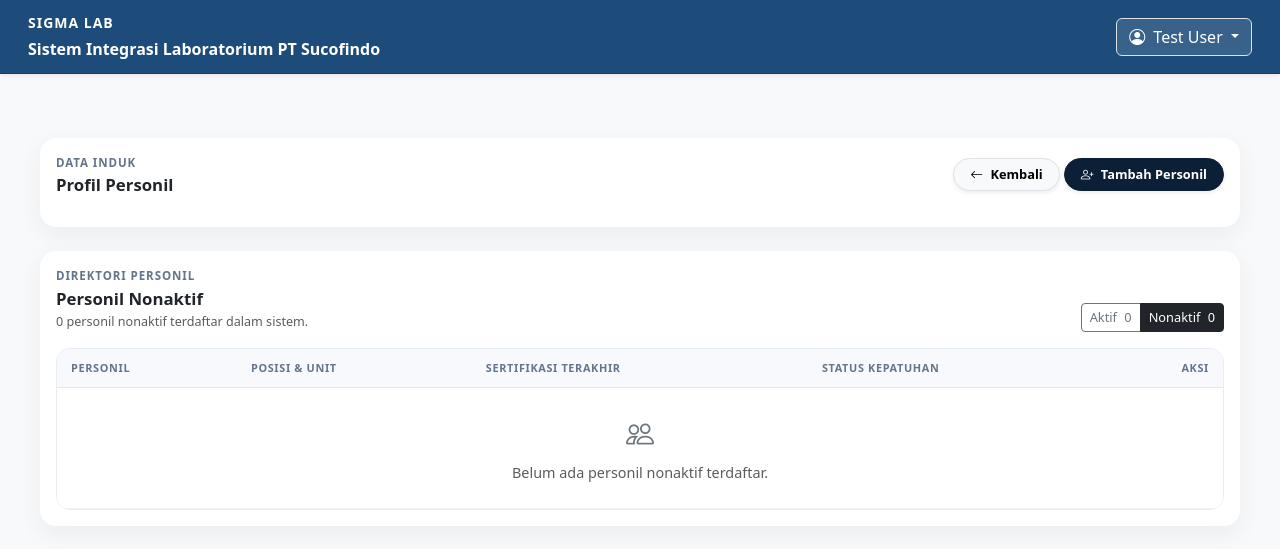
Repository: amelianeesa/sigmalab
Page: http://localhost/sdm?status=nonaktif
These files come from the project's save history. The page is drawn as it stood at one moment and after the next save; the edit follows.
The browser window is 1280 px wide. The pictures show the whole page.
The page is served by the project's Laravel application, run on PHP 8.4 with Laravel 12. A made-up administrator, Test User (test@example.com), is signed in. Other server files are loaded and not shown. Queries for data that is not in the repository find no rows.

Above is the page before, as saved 2026-08-06 13:27:16.

### routes/web.php
<?php

use Illuminate\Support\Facades\Route;
use App\Http\Controllers\AuthController;
use App\Http\Controllers\SdmController;

Route::get('/', [AuthController::class, 'showLogin']);
Route::get('/login', [AuthController::class, 'showLogin'])->name('login');
Route::post('/login', [AuthController::class, 'processLogin'])->name('login.process');

Route::get('/register', [AuthController::class, 'showRegister'])->name('register');
Route::post('/register', [AuthController::class, 'processRegister'])->name('register.process');

Route::post('/logout', [AuthController::class, 'logout'])->name('logout');

Route::middleware(['auth'])->group(function () {

    Route::get('/dashboard', function () {
        return view('dashboard-index');
    })->name('dashboard');

    Route::get('/sdm', [SdmController::class, 'index'])->name('sdm.index');
    Route::get('/sdm/create', [SdmController::class, 'create'])->name('sdm.create');
    Route::post('/sdm', [SdmController::class, 'store'])->name('sdm.store');
    Route::get('/sdm/{id}/edit', [SdmController::class, 'edit'])->name('sdm.edit');
    Route::put('/sdm/{id}', [SdmController::class, 'update'])->name('sdm.update');
    Route::delete('/sdm/{id}', [SdmController::class, 'destroy'])->name('sdm.destroy');
    Route::patch('/sdm/{id}/aktifkan', [SdmController::class, 'activate'])->name('sdm.activate');
    Route::delete('/sdm/{id}/permanen', [SdmController::class, 'forceDestroy'])->name('sdm.force-destroy');

    Route::get('/sdm/{id}/kompetensi', [SdmController::class, 'kompetensiDetail'])->name('sdm.kompetensi.detail');
    Route::post('/sdm/{id}/kompetensi', [SdmController::class, 'storeKompetensi'])->name('sdm.kompetensi.store');
    Route::put('/sdm/{id}/kompetensi/{kompetensiId}', [SdmController::class, 'updateKompetensi'])->name('sdm.kompetensi.update');
    Route::delete('/sdm/{id}/kompetensi/{kompetensiId}', [SdmController::class, 'destroyKompetensi'])->name('sdm.kompetensi.destroy');
    Route::get('/sdm/{id}/cv', [SdmController::class, 'showCv'])->name('sdm.cv');
});

### app/Models/User.php
<?php

namespace App\Models;

use Illuminate\Database\Eloquent\Factories\HasFactory;
use Illuminate\Foundation\Auth\User as Authenticatable;
use Illuminate\Notifications\Notifiable;

class User extends Authenticatable
{
    use HasFactory, Notifiable;

    protected $table = 'users';
    protected $primaryKey = 'users_id';

    protected $fillable = [
        'personil_id',
        'username',
        'email',
        'password',
        'role_id',
        'status_aktif',
    ];

    protected $hidden = [
        'password',
    ];

    public function personil()
    {
        return $this->belongsTo(Personil::class, 'personil_id', 'personil_id');
    }

    public function role()
    {
        return $this->belongsTo(Role::class, 'role_id', 'roles_id');
    }
}

### app/Http/Controllers/SdmController.php
<?php
namespace App\Http\Controllers;

use Illuminate\Http\Request;
use App\Models\Personil; // Sesuaikan dengan model Anda
use App\Models\KompetensiPersonil;
use Carbon\Carbon;
use Illuminate\Support\Facades\DB;
use Illuminate\Support\Facades\Storage;

class SdmController extends Controller
{
    public function index()
    {
        $showInactive = request('status') === 'nonaktif';
        $personil = Personil::with(['kompetensi' => fn ($query) => $query->orderByDesc('tanggal_terbit')])
            ->where('status_aktif', ! $showInactive)
            ->get();

        $jumlahPersonilAktif = Personil::where('status_aktif', true)->count();
        $jumlahPersonilNonaktif = Personil::where('status_aktif', false)->count();

        $personil->each(function (Personil $item) {
            $sertifikasi = $item->kompetensi->first();
            $item->sertifikasiTerakhir = $sertifikasi;

            if (! $sertifikasi) {
                $item->statusSertifikasi = ['label' => 'Belum bersertifikat', 'class' => 'status-empty', 'icon' => 'dash-circle'];
            } elseif (! $sertifikasi->tanggal_berakhir) {
                $item->statusSertifikasi = ['label' => 'Aktif', 'class' => 'status-active', 'icon' => 'check-circle'];
            } elseif ($sertifikasi->tanggal_berakhir->isPast()) {
                $item->statusSertifikasi = ['label' => 'Kedaluwarsa', 'class' => 'status-expired', 'icon' => 'x-circle'];
            } elseif ($sertifikasi->tanggal_berakhir->lessThanOrEqualTo(today()->addDays(60))) {
                $item->statusSertifikasi = ['label' => 'Segera berakhir', 'class' => 'status-warning', 'icon' => 'exclamation-circle'];
            } else {
                $item->statusSertifikasi = ['label' => 'Aktif', 'class' => 'status-active', 'icon' => 'check-circle'];
            }
        });
        $selectedPersonil = $personil->firstWhere('personil_id', request('personil_id'));

        return view('sdm.index', compact(
            'personil',
            'selectedPersonil',
            'showInactive',
            'jumlahPersonilAktif',
            'jumlahPersonilNonaktif'
        ));
    }

    public function create()
    {
        return view('sdm.create');
    }

    public function store(Request $request)
    {
        $request->validate([
            'no_induk' => 'required|unique:personil,no_induk',
            'nama' => 'required|string|max:100',
            'jabatan' => 'required|string|max:100',
            'unit_kerja' => 'required|string|max:100',
            'file_cv' => 'nullable|mimes:pdf,jpg,jpeg,png|max:2048',
            'nama_sertifikasi' => 'nullable|string|max:100',
            'no_sertifikasi' => 'nullable|string|max:100',
            'tanggal_terbit' => 'nullable|date',
            'tanggal_berakhir' => 'nullable|date|after_or_equal:tanggal_terbit',
        ]);

        $cvName = null;
        if ($request->hasFile('file_cv')) {
            $cvName = time() . '_' . $request->file_cv->getClientOriginalName();
            Storage::disk('local')->putFileAs('public/uploads/cv', $request->file('file_cv'), $cvName);
        }

        DB::transaction(function () use ($request, $cvName) {
            $personil = Personil::create([
                'no_induk' => $request->no_induk,
                'nama' => $request->nama,
                'jabatan' => $request->jabatan,
                'unit_kerja' => $request->unit_kerja,
                'file_cv' => $cvName,
                'status_aktif' => true,
            ]);

            if ($request->filled('nama_sertifikasi')) {
                $tanggalTerbit = Carbon::parse($request->input('tanggal_terbit') ?: today()->toDateString());

                KompetensiPersonil::create([
                    'personil_id' => $personil->personil_id,
                    'jenis_sertifikasi' => $request->nama_sertifikasi,
                    'no_sertifikasi' => $request->no_sertifikasi,
                    'tanggal_terbit' => $tanggalTerbit->toDateString(),
                    'tanggal_berakhir' => $request->tanggal_berakhir,
                ]);
            }
        });

        return redirect()->route('sdm.index')->with('success', 'Data personil berhasil ditambahkan.');
    }

    public function edit($id)
    {
        $personil = Personil::with(['kompetensi' => fn ($query) => $query->orderByDesc('tanggal_terbit')])->findOrFail($id);
        $sertifikasi = $personil->kompetensi->first();

        return view('sdm.edit', compact('personil', 'sertifikasi'));
    }

    public function update(Request $request, $id)
    {
        $personil = Personil::findOrFail($id);

        $request->validate([
            'no_induk' => 'required|unique:personil,no_induk,' . $id . ',personil_id',
            'nama' => 'required|string|max:100',
            'jabatan' => 'required|string|max:100',
            'unit_kerja' => 'required|string|max:100',
            'file_cv' => 'nullable|mimes:pdf,jpg,jpeg,png|max:2048',
            'nama_sertifikasi' => 'nullable|string|max:100',
            'no_sertifikasi' => 'nullable|string|max:100',
            'tanggal_terbit' => 'nullable|date',
            'tanggal_berakhir' => 'nullable|date|after_or_equal:tanggal_terbit',
        ]);

        if ($request->hasFile('file_cv')) {
            if ($personil->file_cv && Storage::disk('local')->exists('public/uploads/cv/' . $personil->file_cv)) {
                Storage::disk('local')->delete('public/uploads/cv/' . $personil->file_cv);
            }
            $cvName = time() . '_' . $request->file_cv->getClientOriginalName();
            Storage::disk('local')->putFileAs('public/uploads/cv', $request->file('file_cv'), $cvName);
            $personil->file_cv = $cvName;
        }

        DB::transaction(function () use ($personil, $request) {
            $personil->update([
                'no_induk' => $request->no_induk,
                'nama' => $request->nama,
                'jabatan' => $request->jabatan,
                'unit_kerja' => $request->unit_kerja,
            ]);

            if ($request->filled('nama_sertifikasi')) {
                $dataSertifikasi = [
                    'jenis_sertifikasi' => $request->nama_sertifikasi,
                    'no_sertifikasi' => $request->no_sertifikasi,
                    'tanggal_terbit' => $request->tanggal_terbit,
                    'tanggal_berakhir' => $request->tanggal_berakhir,
                ];

                $sertifikasi = $personil->kompetensi()->orderByDesc('tanggal_terbit')->first();
                $sertifikasi
                    ? $sertifikasi->update($dataSertifikasi)
                    : $personil->kompetensi()->create($dataSertifikasi);
            }
        });

        return redirect()->route('sdm.index')->with('success', 'Data personil berhasil diperbarui.');
    }

    public function destroy($id)
    {
        $personil = Personil::findOrFail($id);
        // Soft delete sesuai rancangan database
        $personil->update(['status_aktif' => false]);

        return redirect()->route('sdm.index')->with('success', 'Data personil dinonaktifkan (Soft Delete).');
    }

    public function activate($id)
    {
        $personil = Personil::findOrFail($id);
        $personil->update(['status_aktif' => true]);

        return redirect()->route('sdm.index')->with('success', 'Personil berhasil diaktifkan kembali.');
    }

    public function forceDestroy($id)
    {
        $personil = Personil::where('status_aktif', false)->findOrFail($id);

        if (DB::table('kegiatan_personil')->where('personil_id', $personil->personil_id)->exists()) {
            return redirect()->route('sdm.index', ['status' => 'nonaktif'])
                ->with('error', 'Personil tidak dapat dihapus permanen karena masih tercatat dalam kegiatan laboratorium.');
        }

        $fileCv = $personil->file_cv;
        $personil->delete();

        if ($fileCv && Storage::disk('local')->exists('public/uploads/cv/' . $fileCv)) {
            Storage::disk('local')->delete('public/uploads/cv/' . $fileCv);
        }

        return redirect()->route('sdm.index', ['status' => 'nonaktif'])
            ->with('success', 'Data personil beserta CV dan sertifikasinya telah dihapus permanen.');
    }

    public function kompetensiDetail($id)
    {
        $personil = Personil::with(['kompetensi' => fn ($query) => $query->orderByDesc('tanggal_terbit')])->findOrFail($id);
        return view('sdm.kompetensi_detail', compact('personil'));
    }

    public function storeKompetensi(Request $request, $id)
    {
        $personil = Personil::findOrFail($id);
        $data = $request->validate([
            'jenis_sertifikasi' => 'required|string|max:100',
            'no_sertifikasi' => 'nullable|string|max:100',
            'tanggal_terbit' => 'nullable|date',
            'tanggal_berakhir' => 'nullable|date|after_or_equal:tanggal_terbit',
        ]);

        $personil->kompetensi()->create($data);

        return redirect()->route('sdm.kompetensi.detail', $personil->personil_id)
            ->with('success', 'Sertifikat berhasil ditambahkan.');
    }

    public function updateKompetensi(Request $request, $id, $kompetensiId)
    {
        $personil = Personil::findOrFail($id);
        $kompetensi = $personil->kompetensi()->findOrFail($kompetensiId);
        $data = $request->validate([
            'jenis_sertifikasi' => 'required|string|max:100',
            'no_sertifikasi' => 'nullable|string|max:100',
            'tanggal_terbit' => 'nullable|date',
            'tanggal_berakhir' => 'nullable|date|after_or_equal:tanggal_terbit',
        ]);

        $kompetensi->update($data);

        return redirect()->route('sdm.kompetensi.detail', $personil->personil_id)
            ->with('success', 'Sertifikat berhasil diperbarui.');
    }

    public function destroyKompetensi($id, $kompetensiId)
    {
        $personil = Personil::findOrFail($id);
        $personil->kompetensi()->findOrFail($kompetensiId)->delete();

        return redirect()->route('sdm.kompetensi.detail', $personil->personil_id)
            ->with('success', 'Sertifikat berhasil dihapus.');
    }

    public function showCv($id)
    {
    $personil = Personil::findOrFail($id);
        $path = 'public/uploads/cv/' . $personil->file_cv;

        abort_unless($personil->file_cv && Storage::disk('local')->exists($path), 404, 'File CV tidak ditemukan.');

        return Storage::disk('local')->response($path, $personil->file_cv, [
            'Content-Disposition' => 'inline; filename="' . $personil->file_cv . '"',
        ]);
    }
}

### app/Models/Personil.php
<?php

namespace App\Models;

use Illuminate\Database\Eloquent\Factories\HasFactory;
use Illuminate\Database\Eloquent\Model;
use App\Models\KompetensiPersonil;

class Personil extends Model
{
    use HasFactory;

    protected $table = 'personil';
    protected $primaryKey = 'personil_id';

    protected $fillable = [
        'nama',
        'jabatan',
        'unit_kerja',
        'no_induk',
        'file_cv',
        'status_aktif',
    ];

    public function kompetensi()
    {
        return $this->hasMany(KompetensiPersonil::class, 'personil_id', 'personil_id');
    }
}

### resources/views/layouts/app.blade.php
<!DOCTYPE html>
<html lang="id">

<head>
    <meta charset="UTF-8">
    <title>Dashboard - SIGMALAB Sucofindo</title>
    <link href="https://cdn.jsdelivr.net/npm/bootstrap@5.3.0/dist/css/bootstrap.min.css" rel="stylesheet">
    <link href="https://cdn.jsdelivr.net/npm/bootstrap-icons@1.10.5/font/bootstrap-icons.css" rel="stylesheet">
    <style>
        body {
            background-color: #f8f9fa;
        }

        :root{
            --sdm-50: #eef0f1;
            --sdm-500: #1d4c7a;
            --sdm-600: #1d4c7a;
            --sdm-700: #163d63;
        }

        #content {
            margin-left: 0;
            padding: 24px;
            padding-top: 48px;
        }

        .top-navbar {
            background: var(--sdm-600);
            padding: 12px 28px;
            border-bottom: 1px solid var(--sdm-700);
            margin-left: 0;
            display: flex;
            justify-content: space-between;
            align-items: center;
            position: sticky;
            top: 0;
            z-index: 1020;
            min-height: 64px;
            color: #fff;
        }
        .top-navbar .text-secondary { color: rgba(255,255,255,.75) !important; }
        .top-navbar .fw-bold { color: #fff !important; }
        .top-navbar .dropdown .btn {
            background: rgba(255,255,255,.12);
            color: #fff;
            border-color: rgba(255,255,255,.18);
        }

        /* Prevent long/unexpected text from breaking header layout */
        .top-navbar .dropdown button {
            max-width: 220px;
            overflow: hidden;
            text-overflow: ellipsis;
            white-space: nowrap;
        }

        /* Make cards in dashboard more consistent and avoid overflow */
        .card.h-100 .card-body { min-height: 120px; }
        .card .card-body p { word-break: break-word; }
        /* Module card utilities */
        .module-card { transition: transform .12s ease, box-shadow .12s ease, border-color .12s ease; }
        .module-card:hover { transform: translateY(-4px); box-shadow: 0 12px 30px rgba(15,35,59,.08); }
        .sdm-highlight { border-color: var(--sdm-600) !important; }

        /* SDM theme helpers */
        .sdm-text { color: var(--sdm-600) !important; }
        .sdm-btn { background: var(--sdm-600); border-color: var(--sdm-600); color: #fff; }
        .sdm-border { border-color: rgba(76,29,149,0.12); }
    </style>
</head>

<body>
    <!-- Sidebar removed: content now full-width -->

    <div class="top-navbar shadow-sm">
        <div>
            <span class="text-uppercase text-secondary fs-7 fw-bold d-block mb-1" style="font-size: 14px; letter-spacing: 1px;">SIGMA LAB</span>
            <div class="mb-0 fw-bold">Sistem Integrasi Laboratorium PT Sucofindo</div>
        </div>
        <div class="dropdown">
            <button class="btn btn-light dropdown-toggle border" type="button" data-bs-toggle="dropdown" title="Profil">
                <i class="bi bi-person-circle me-1"></i> {{ Auth::user()->name ?? Auth::user()->username ?? 'Pengguna' }}
            </button>
            <ul class="dropdown-menu dropdown-menu-end">
                <li>
                    <form action="{{ route('logout') }}" method="POST">
                        @csrf
                        <button type="submit" class="dropdown-item text-danger"><i
                                class="bi bi-box-arrow-right me-2"></i> Logout</button>
                    </form>
                </li>
            </ul>
        </div>
    </div>

    <div id="content">
        @yield('content')
    </div>

    <script src="https://cdn.jsdelivr.net/npm/bootstrap@5.3.0/dist/js/bootstrap.bundle.min.js"></script>
</body>

</html>

Loaded but not shown: app/Http/Controllers/Controller.php (common file); resources/views/sdm/index.blade.php (346 lines, source omitted)

After the next save:
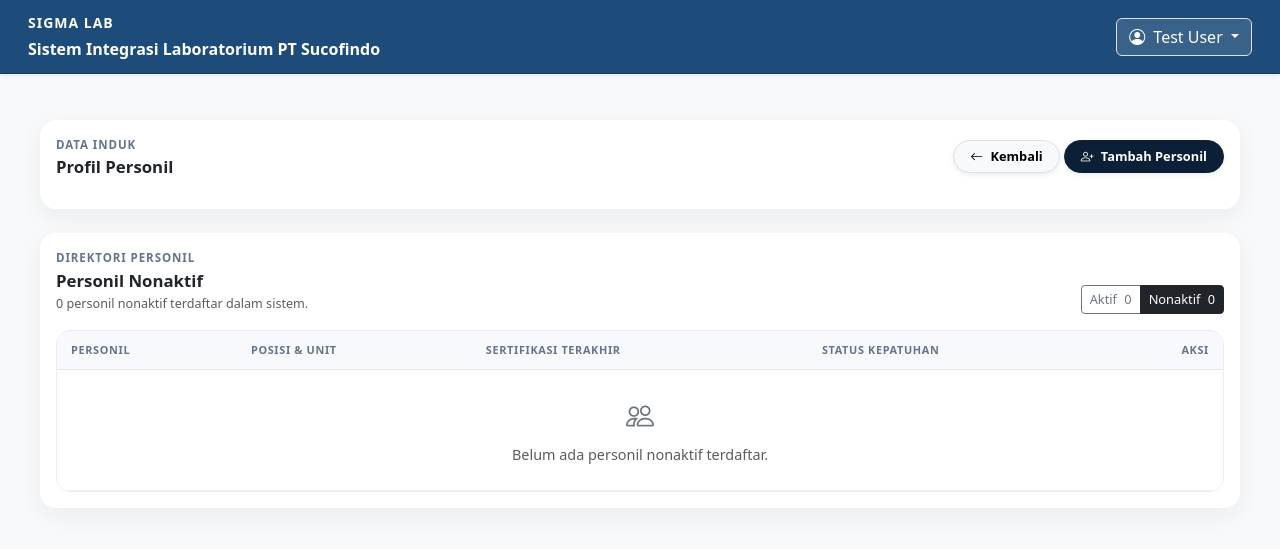
Saved 4 s later.
--- a/resources/views/layouts/app.blade.php
+++ b/resources/views/layouts/app.blade.php
@@ -21,7 +21,7 @@
         #content {
             margin-left: 0;
             padding: 24px;
-            padding-top: 48px;
+            padding-top: 30px;
         }
 
         .top-navbar {
